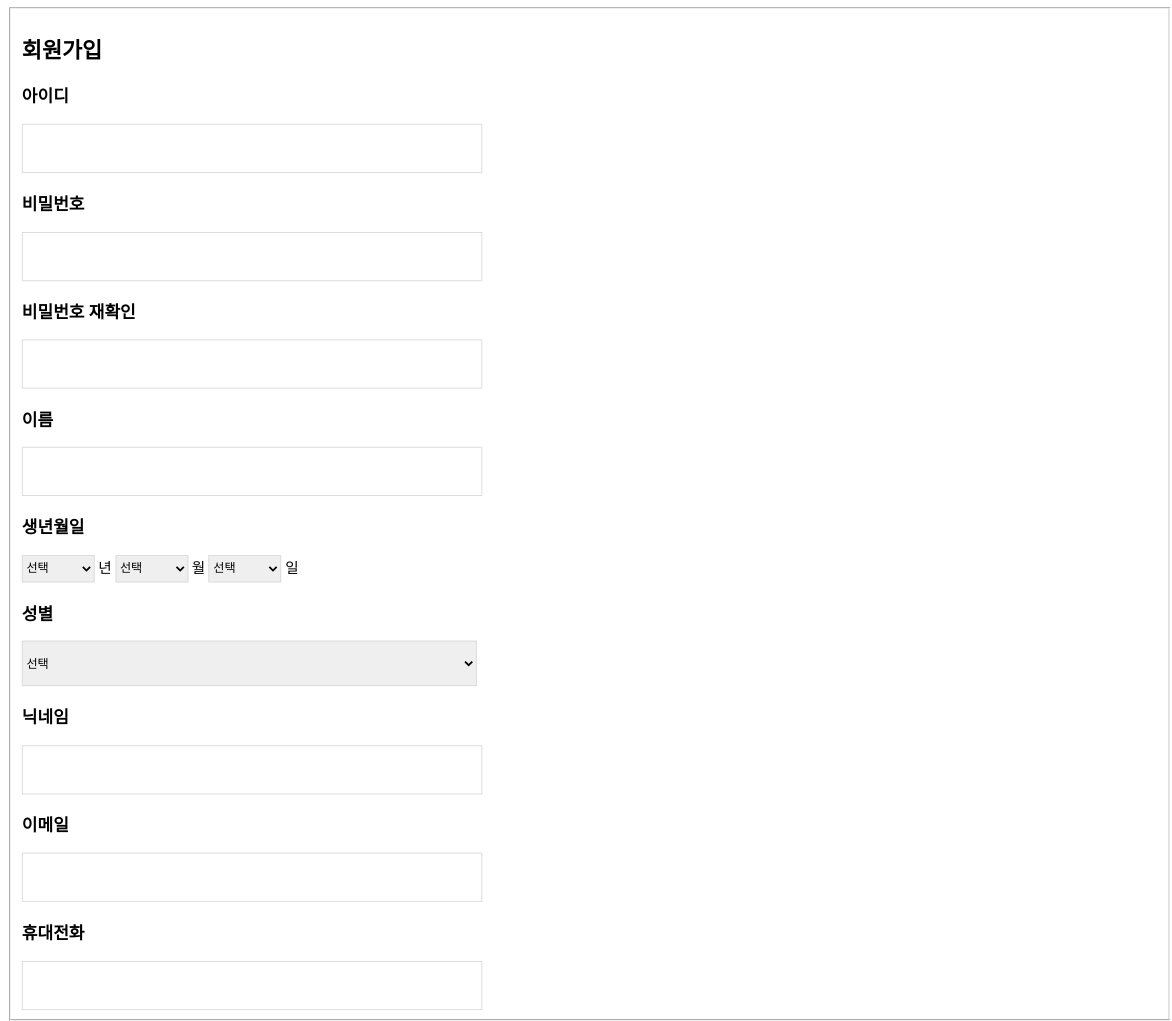
Repository: agheha/trillion
Page: YH/login/login.html
An editor plug-in stored every save of this project. The page is shown before and after a run of saves, followed by the edit.
The browser window is 1280 px wide. The page is 1288 px wide, so the pictures cover 1288 px, including what lies to the right of the window. The pictures show the whole page, at 91% of full size.

Above is the page before, as saved 2019-09-03 18:20:30.

After the next 3 saves:
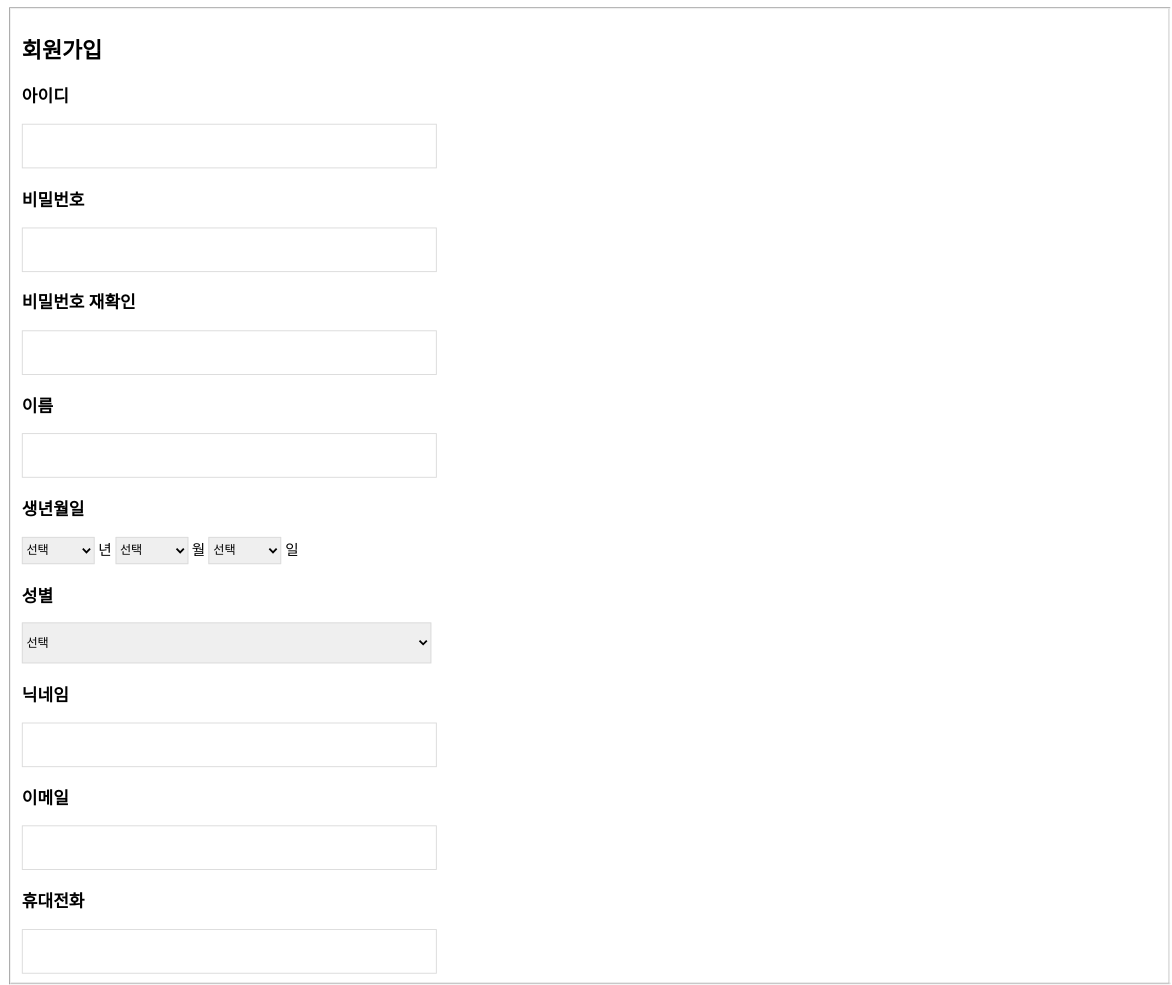
The 3 saves are shown as one change because they came seconds apart.
The last was saved 109 s later.
--- a/YH/login/login.css
+++ b/YH/login/login.css
@@ -4,14 +4,14 @@ body,html {
     margin: 0, auto;
 }
 input{
-    width: 500px;
-    height: 50px;
+    width: 450px;
+    height: 45px;
     border: 1px solid #dadada;
 }
 
 #gender{
-    width: 500px;
-    height: 50px;
+    width: 450px;
+    height: 45px;
     border: 1px solid #dadada;
 }
 #birth_year,#birth_month,#birth_date {
